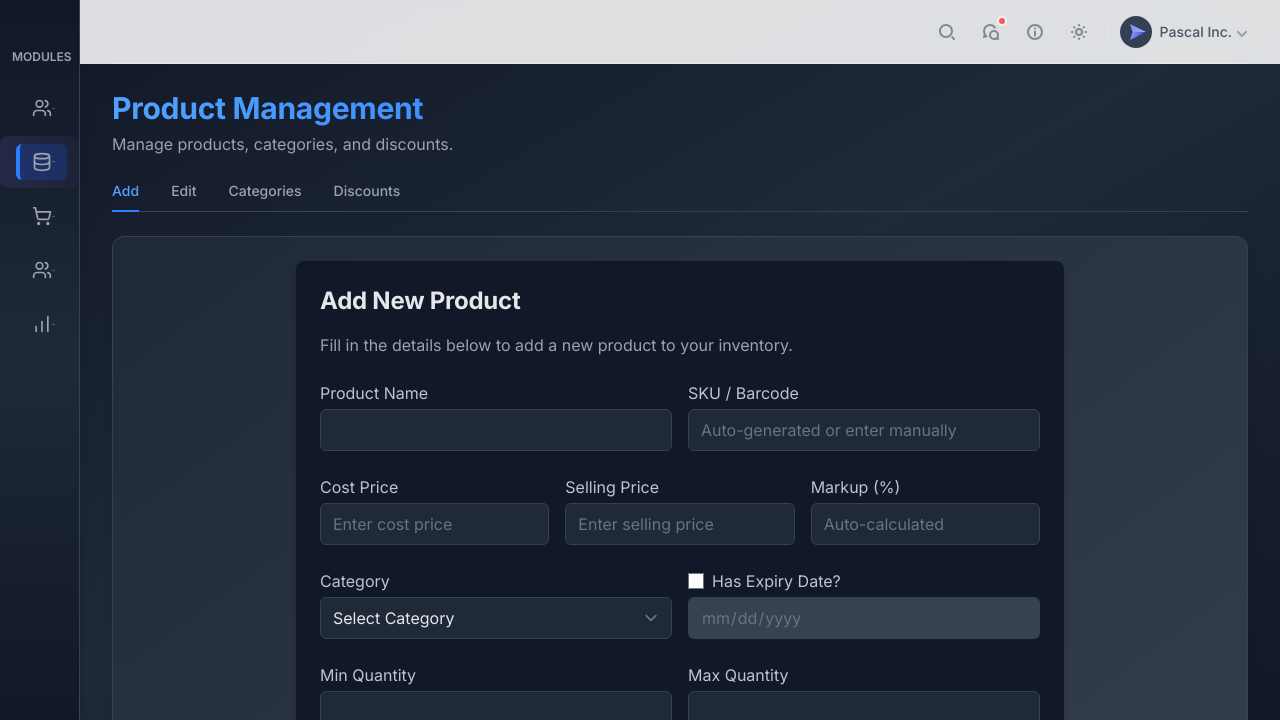
Repository: chykesure/grox-supermarket
Page: /products/add
The author's editor kept a copy of each file at every save. The page is drawn from the files as they stood at one save, then again after the next save.
The browser window is 1280 px wide. The pictures show the whole page.
The page's requests for data from a server got no answer. An inner scrolling area shows only its first screen. The project was rebuilt for these pictures with package versions that can differ from the ones it lists, and the page was loaded fresh each time. Some packages were replaced by stand-ins written for this rebuild. No one was signed in, and anything a server would have sent is missing. Also part of the build but not shown: vite.config.js, src/components/DropdownFilter.jsx, src/lib/utils.ts, src/components/ui/calendar.jsx, src/components/ui/popover.jsx, src/components/Datepicker.jsx, src/pages/pos/Dashboard.jsx, src/pages/Menu.jsx and 62 more.

Above is the page before, as saved 2025-11-09 20:54:29.

### index.html
<!DOCTYPE html>
<html lang="en">
  <head>
    <meta charset="UTF-8" />
    <link rel="icon" type="image/svg+xml" href="/src/favicon.svg" />
    <meta name="viewport" content="width=device-width, initial-scale=1.0" />
    <title>Vite App</title>
    <script>
      if (localStorage.theme === 'dark' || !('theme' in localStorage)) {
        document.querySelector('html').classList.add('dark');
        document.querySelector('html').style.colorScheme = 'dark';
      } else {
        document.querySelector('html').classList.remove('dark');
        document.querySelector('html').style.colorScheme = 'light';
      }
    </script>
  </head>
  <body class="font-inter antialiased bg-gray-100 dark:bg-gray-900 text-gray-600 dark:text-gray-400">
    <noscript>You need to enable JavaScript to run this app.</noscript>
    <script>
        if (localStorage.getItem('sidebar-expanded') == 'true') {
            document.querySelector('body').classList.add('sidebar-expanded');
        } else {
            document.querySelector('body').classList.remove('sidebar-expanded');
        }
    </script>
    <div id="root"></div>
    <script type="module" src="/src/main.jsx"></script>
  </body>
</html>

### src/utils/ThemeContext.jsx
import { createContext, useContext, useState, useEffect } from 'react';

const ThemeContext = createContext({
  currentTheme: 'light',
  changeCurrentTheme: () => {},
});

export default function ThemeProvider({children}) {
  const persistedTheme = localStorage.getItem('theme');
  const [theme, setTheme] = useState(persistedTheme || 'light');

  const changeCurrentTheme = (newTheme) => {
    setTheme(newTheme);
    localStorage.setItem('theme', newTheme);
  };

  useEffect(() => {
    document.documentElement.classList.add('**:transition-none!');
    if (theme === 'light') {
      document.documentElement.classList.remove('dark');
      document.documentElement.style.colorScheme = 'light';
    } else {
      document.documentElement.classList.add('dark');
      document.documentElement.style.colorScheme = 'dark';
    }

    const transitionTimeout = setTimeout(() => {
      document.documentElement.classList.remove('**:transition-none!');
    }, 1);

    return () => clearTimeout(transitionTimeout);
  }, [theme]);

  return <ThemeContext.Provider value={{ currentTheme: theme, changeCurrentTheme }}>{children}</ThemeContext.Provider>;
}

export const useThemeProvider = () => useContext(ThemeContext);

### src/charts/ChartjsConfig.jsx
// Import Chart.js
import { Chart, Tooltip } from 'chart.js';
// Import Tailwind config
import { adjustColorOpacity, getCssVariable } from '../utils/Utils';

Chart.register(Tooltip);

// Define Chart.js default settings
Chart.defaults.font.family = '"Inter", sans-serif';
Chart.defaults.font.weight = 500;
Chart.defaults.plugins.tooltip.borderWidth = 1;
Chart.defaults.plugins.tooltip.displayColors = false;
Chart.defaults.plugins.tooltip.mode = 'nearest';
Chart.defaults.plugins.tooltip.intersect = false;
Chart.defaults.plugins.tooltip.position = 'nearest';
Chart.defaults.plugins.tooltip.caretSize = 0;
Chart.defaults.plugins.tooltip.caretPadding = 20;
Chart.defaults.plugins.tooltip.cornerRadius = 8;
Chart.defaults.plugins.tooltip.padding = 8;

// Function that generates a gradient for line charts
export const chartAreaGradient = (ctx, chartArea, colorStops) => {
  if (!ctx || !chartArea || !colorStops || colorStops.length === 0) {
    return 'transparent';
  }
  const gradient = ctx.createLinearGradient(0, chartArea.bottom, 0, chartArea.top);
  colorStops.forEach(({ stop, color }) => {
    gradient.addColorStop(stop, color);
  });
  return gradient;
};

export const chartColors = {
  textColor: {
    light: getCssVariable('--color-gray-400'),
    dark: getCssVariable('--color-gray-500'),
  },
  gridColor: {
    light: getCssVariable('--color-gray-100'),
    dark: adjustColorOpacity(getCssVariable('--color-gray-700'), 0.6),
  },
  backdropColor: {
    light: getCssVariable('--color-white'),
    dark: getCssVariable('--color-gray-800'),
  },
  tooltipTitleColor: {
    light: getCssVariable('--color-gray-800'),
    dark: getCssVariable('--color-gray-100'),
  },
  tooltipBodyColor : {
    light: getCssVariable('--color-gray-500'),
    dark: getCssVariable('--color-gray-400')
  },
  tooltipBgColor: {
    light: getCssVariable('--color-white'),
    dark: getCssVariable('--color-gray-700'),
  },
  tooltipBorderColor: {
    light: getCssVariable('--color-gray-200'),
    dark: getCssVariable('--color-gray-600'),
  },
};

### src/partials/Banner.jsx
import React, { useState } from 'react';

function Banner() {

  const [bannerOpen, setBannerOpen] = useState(true);
  const query = new URLSearchParams(location.search);
  const template = query.get('template');
  const liteLink =
    template === 'laravel'
      ? 'https://github.com/cruip/laravel-tailwindcss-admin-dashboard-template'
      : 'https://github.com/cruip/tailwind-dashboard-template';

  return (
    <>
    { bannerOpen && (
      <div className="fixed bottom-0 right-0 w-full md:bottom-8 md:right-12 md:w-auto z-50">

      </div>
    )}
    </>
  );
}

export default Banner;

### src/pages/pos/products/AddProduct.jsx
import React, { useState, useEffect } from "react";
import axios from "axios";
import { toast, ToastContainer } from "react-toastify";
import "react-toastify/dist/ReactToastify.css";

function AddProduct() {
  const [product, setProduct] = useState({
    name: "",
    sku: "",
    costPrice: "",
    sellingPrice: "",
    markup: "",
    category: "",
    minQty: "",
    maxQty: "",
    expiryDate: "",
    description: "",
  });

  const [categories, setCategories] = useState([]);
  const [image, setImage] = useState(null);
  const [preview, setPreview] = useState(null);
  const [isSubmitting, setIsSubmitting] = useState(false);
  const [hasExpiry, setHasExpiry] = useState(false); // ✅ checkbox control state

  useEffect(() => {
    axios
      .get("http://localhost:8080/api/categories")
      .then((res) => setCategories(res.data))
      .catch((err) => console.error("Error fetching categories:", err));
  }, []);

  const generateSKU = (name) => {
    if (!name) return "";
    const randomNum = Math.floor(1000 + Math.random() * 9000);
    return `${name.substring(0, 3).toUpperCase()}-${randomNum}`;
  };

  const handleChange = (e) => {
    const { name, value } = e.target;

    setProduct((prev) => {
      const updated = { ...prev, [name]: value };

      const cost = parseFloat(name === "costPrice" ? value : prev.costPrice);
      const selling = parseFloat(name === "sellingPrice" ? value : prev.sellingPrice);

      if (cost > 0 && selling > 0) {
        const markup = ((selling - cost) / cost) * 100;
        updated.markup = markup.toFixed(2);
      } else {
        updated.markup = "";
      }

      if (name === "name" && !prev.sku) {
        updated.sku = generateSKU(value);
      }

      return updated;
    });
  };

  const handleImageChange = (e) => {
    const file = e.target.files[0];
    setImage(file);
    setPreview(URL.createObjectURL(file));
  };

  const handleSubmit = async (e) => {
    e.preventDefault();

    if (
      !product.name ||
      !product.sku ||
      !product.costPrice ||
      !product.sellingPrice ||
      !product.category
    ) {
      toast.error("Please fill all required fields");
      return;
    }

    try {
      setIsSubmitting(true);
      const res = await axios.post(
        "http://localhost:8080/api/products",
        product,
        { headers: { "Content-Type": "application/json" } }
      );

      toast.success(`✅ Product "${res.data.name}" added successfully!`);
      setProduct({
        name: "",
        sku: "",
        costPrice: "",
        sellingPrice: "",
        markup: "",
        category: "",
        minQty: "",
        maxQty: "",
        expiryDate: "",
        description: "",
      });
      setHasExpiry(false); // reset checkbox
    } catch (err) {
      console.error("Error adding product:", err);
      toast.error(err.response?.data?.message || "Error adding product");
    } finally {
      setIsSubmitting(false);
    }
  };

  return (
    <div className="max-w-3xl mx-auto bg-gray-900 p-6 rounded-lg shadow-md text-gray-200">
      <ToastContainer position="top-right" autoClose={3000} />
      <h2 className="text-2xl font-bold mb-4">Add New Product</h2>
      <p className="text-gray-400 mb-6">
        Fill in the details below to add a new product to your inventory.
      </p>

      <form onSubmit={handleSubmit} className="space-y-6">
        {/* Row 1: Name + SKU */}
        <div className="grid grid-cols-1 md:grid-cols-2 gap-4">
          <div>
            <label className="block mb-1 text-gray-300">Product Name</label>
            <input
              type="text"
              name="name"
              value={product.name}
              onChange={handleChange}
              required
              className="w-full px-3 py-2 rounded-md bg-gray-800 border border-gray-700"
            />
          </div>
          <div>
            <label className="block mb-1 text-gray-300">SKU / Barcode</label>
            <input
              type="text"
              name="sku"
              value={product.sku}
              onChange={handleChange}
              placeholder="Auto-generated or enter manually"
              required
              className="w-full px-3 py-2 rounded-md bg-gray-800 border border-gray-700"
            />
          </div>
        </div>

        {/* Row 2: Cost Price + Selling Price + Markup */}
        <div className="grid grid-cols-1 md:grid-cols-3 gap-4">
          <div>
            <label className="block mb-1 text-gray-300">Cost Price</label>
            <input
              type="number"
              name="costPrice"
              value={product.costPrice}
              onChange={handleChange}
              placeholder="Enter cost price"
              required
              className="w-full px-3 py-2 rounded-md bg-gray-800 border border-gray-700"
            />
          </div>

          <div>
            <label className="block mb-1 text-gray-300">Selling Price</label>
            <input
              type="number"
              name="sellingPrice"
              value={product.sellingPrice}
              onChange={handleChange}
              placeholder="Enter selling price"
              required
              className="w-full px-3 py-2 rounded-md bg-gray-800 border border-gray-700"
            />
          </div>

          <div>
            <label className="block mb-1 text-gray-300">Markup (%)</label>
            <input
              type="text"
              name="markup"
              value={product.markup}
              readOnly
              placeholder="Auto-calculated"
              className="w-full px-3 py-2 rounded-md bg-gray-800 border border-gray-700 cursor-not-allowed text-gray-400"
            />
          </div>
        </div>

        {/* Row 3: Category + Expiry Date (optional toggle) */}
        <div className="grid grid-cols-1 md:grid-cols-2 gap-4 items-center">
          <div>
            <label className="block mb-1 text-gray-300">Category</label>
            <select
              name="category"
              value={product.category}
              onChange={handleChange}
              required
              className="w-full px-3 py-2 rounded-md bg-gray-800 border border-gray-700"
            >
              <option value="">Select Category</option>
              {categories.map((cat) => (
                <option key={cat._id} value={cat._id}>
                  {cat.name}
                </option>
              ))}
            </select>
          </div>

          <div>
            <label className="block mb-1 text-gray-300 flex items-center gap-2">
              <input
                type="checkbox"
                checked={hasExpiry}
                onChange={(e) => {
                  setHasExpiry(e.target.checked);
                  if (!e.target.checked) {
                    setProduct((prev) => ({ ...prev, expiryDate: "" }));
                  }
                }}
              />
              Has Expiry Date?
            </label>
            <input
              type="date"
              name="expiryDate"
              value={product.expiryDate}
              onChange={handleChange}
              disabled={!hasExpiry}
              className={`w-full px-3 py-2 rounded-md border border-gray-700 ${hasExpiry ? "bg-gray-800 text-gray-200" : "bg-gray-700 text-gray-500 cursor-not-allowed"
                }`}
            />
          </div>
        </div>

        {/* Row 4: Min/Max Qty */}
        <div className="grid grid-cols-1 md:grid-cols-2 gap-4">
          <div>
            <label className="block mb-1 text-gray-300">Min Quantity</label>
            <input
              type="number"
              name="minQty"
              value={product.minQty}
              onChange={handleChange}
              required
              className="w-full px-3 py-2 rounded-md bg-gray-800 border border-gray-700"
            />
          </div>
          <div>
            <label className="block mb-1 text-gray-300">Max Quantity</label>
            <input
              type="number"
              name="maxQty"
              value={product.maxQty}
              onChange={handleChange}
              required
              className="w-full px-3 py-2 rounded-md bg-gray-800 border border-gray-700"
            />
          </div>
        </div>

        {/* Description */}
        <div>
          <label className="block mb-1 text-gray-300">Description</label>
          <textarea
            name="description"
            value={product.description}
            onChange={handleChange}
            className="w-full px-3 py-2 rounded-md bg-gray-800 border border-gray-700"
            placeholder="Enter product description"
          />
        </div>

        {/* Image Upload */}
        <div>
          <label className="block mb-1 text-gray-300">Product Image</label>
          <input type="file" accept="image/*" onChange={handleImageChange} />
          {preview && (
            <img
              src={preview}
              alt="Preview"
              className="mt-2 w-32 h-32 object-cover rounded-md border border-gray-700"
            />
          )}
        </div>

        <div className="pt-4">
          <button
            type="submit"
            disabled={isSubmitting}
            className={`w-full md:w-auto px-6 py-2 rounded-md text-white transition ${isSubmitting
              ? "bg-gray-600 cursor-not-allowed"
              : "bg-blue-600 hover:bg-blue-500"
              }`}
          >
            {isSubmitting ? "Adding Product..." : "Add Product"}
          </button>
        </div>
      </form>
    </div>
  );
}

export default AddProduct;

### src/partials/SidebarLinkGroup.jsx
import React, { useState } from 'react';

function SidebarLinkGroup({
  children,
  activecondition,
}) {

  const [open, setOpen] = useState(activecondition);

  const handleClick = () => {
    setOpen(!open);
  }

  return (
    <li className={`pl-4 pr-3 py-2 rounded-lg mb-0.5 last:mb-0 bg-linear-to-r ${activecondition && 'from-violet-500/[0.12] dark:from-violet-500/[0.24] to-violet-500/[0.04]'}`}>
      {children(handleClick, open)}
    </li>
  );
}

export default SidebarLinkGroup;

### src/components/ThemeToggle.jsx
import React from "react";
import { useThemeProvider } from "../utils/ThemeContext";

export default function ThemeToggle() {
  const { currentTheme, changeCurrentTheme } = useThemeProvider();

  return (
    <div>
      <input
        type="checkbox"
        name="light-switch"
        id="light-switch"
        className="light-switch sr-only"
        checked={currentTheme === "light"}
        onChange={() => changeCurrentTheme(currentTheme === "light" ? "dark" : "light")}
      />
      <label
        className="flex items-center justify-center cursor-pointer w-8 h-8 hover:bg-gray-100 lg:hover:bg-gray-200 dark:hover:bg-gray-700/50 dark:lg:hover:bg-gray-800 rounded-full"
        htmlFor="light-switch"
      >
        <svg
          className="dark:hidden fill-current text-gray-500/80 dark:text-gray-400/80"
          width={16}
          height={16}
          viewBox="0 0 16 16"
          xmlns="http://www.w3.org/2000/svg"
        >
          <path d="M8 0a1 1 0 0 1 1 1v.5a1 1 0 1 1-2 0V1a1 1 0 0 1 1-1Z" />
          <path d="M12 8a4 4 0 1 1-8 0 4 4 0 0 1 8 0Zm-4 2a2 2 0 1 0 0-4 2 2 0 0 0 0 4Z" />
          <path d="M13.657 3.757a1 1 0 0 0-1.414-1.414l-.354.354a1 1 0 0 0 1.414 1.414l.354-.354ZM13.5 8a1 1 0 0 1 1-1h.5a1 1 0 1 1 0 2h-.5a1 1 0 0 1-1-1ZM13.303 11.889a1 1 0 0 0-1.414 1.414l.354.354a1 1 0 0 0 1.414-1.414l-.354-.354ZM8 13.5a1 1 0 0 1 1 1v.5a1 1 0 1 1-2 0v-.5a1 1 0 0 1 1-1ZM4.111 13.303a1 1 0 1 0-1.414-1.414l-.354.354a1 1 0 1 0 1.414 1.414l.354-.354ZM0 8a1 1 0 0 1 1-1h.5a1 1 0 0 1 0 2H1a1 1 0 0 1-1-1ZM3.757 2.343a1 1 0 1 0-1.414 1.414l.354.354A1 1 0 1 0 4.11 2.697l-.354-.354Z" />
        </svg>
        <svg
          className="hidden dark:block fill-current text-gray-500/80 dark:text-gray-400/80"
          width={16}
          height={16}
          viewBox="0 0 16 16"
          xmlns="http://www.w3.org/2000/svg"
        >
          <path d="M11.875 4.375a.625.625 0 1 0 1.25 0c.001-.69.56-1.249 1.25-1.25a.625.625 0 1 0 0-1.25 1.252 1.252 0 0 1-1.25-1.25.625.625 0 1 0-1.25 0 1.252 1.252 0 0 1-1.25 1.25.625.625 0 1 0 0 1.25c.69.001 1.249.56 1.25 1.25Z" />
          <path d="M7.019 1.985a1.55 1.55 0 0 0-.483-1.36 1.44 1.44 0 0 0-1.53-.277C2.056 1.553 0 4.5 0 7.9 0 12.352 3.648 16 8.1 16c3.407 0 6.246-2.058 7.51-4.963a1.446 1.446 0 0 0-.25-1.55 1.554 1.554 0 0 0-1.372-.502c-4.01.552-7.539-2.987-6.97-7ZM2 7.9C2 5.64 3.193 3.664 4.961 2.6 4.82 7.245 8.72 11.158 13.36 11.04 12.265 12.822 10.341 14 8.1 14 4.752 14 2 11.248 2 7.9Z" />
        </svg>
        <span className="sr-only">Switch to light / dark version</span>
      </label>
    </div>
  );
}

Loaded but not shown: src/main.jsx (common file); src/utils/Utils.js (63 lines, source omitted); src/components/ModalSearch.jsx (260 lines, source omitted); src/partials/Sidebar.jsx (284 lines, source omitted); src/components/DropdownNotifications.jsx (112 lines, source omitted); src/App.jsx (125 lines, source omitted); src/components/DropdownHelp.jsx (121 lines, source omitted); src/css/style.css (138 lines, source omitted); src/components/DropdownProfile.jsx (100 lines, source omitted); src/partials/Header.jsx (79 lines, source omitted); src/utils/Transition.jsx (116 lines, source omitted); src/pages/pos/products/ProductsMgt.jsx (101 lines, source omitted); src/css/additional-styles/utility-patterns.css (142 lines, source omitted)

After the next save:
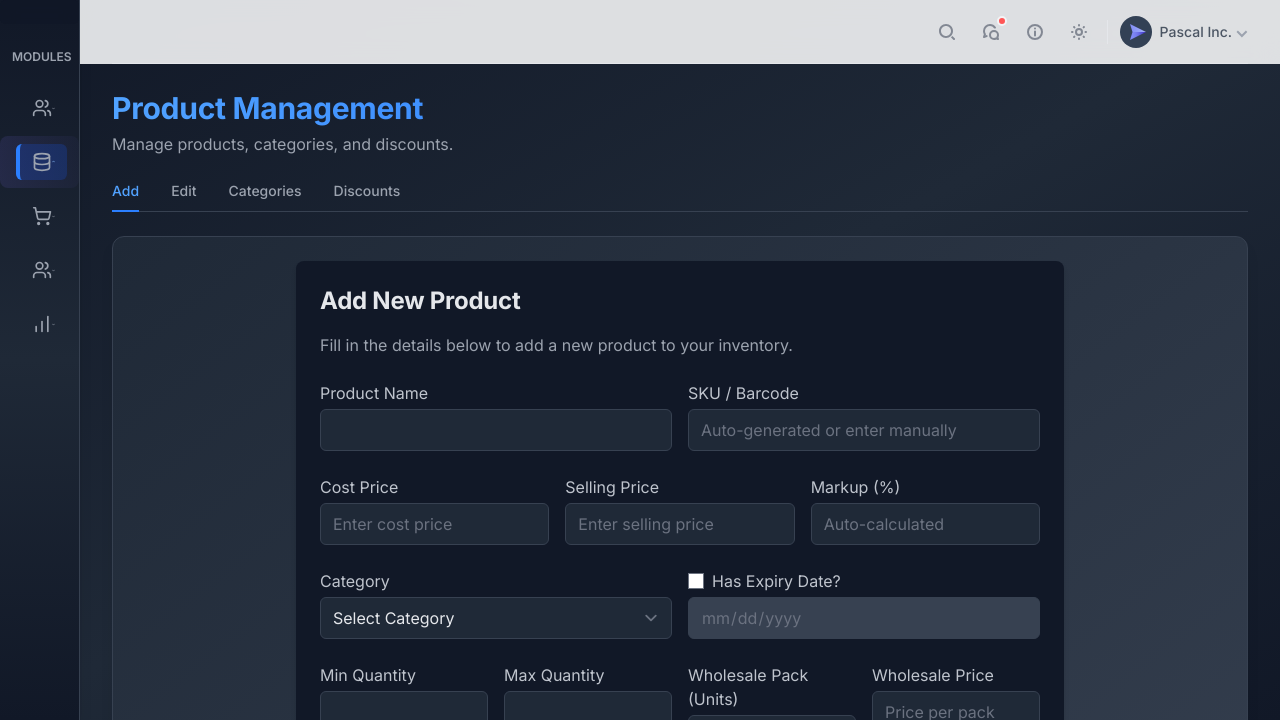
Saved 2 days later.
--- a/src/pages/pos/products/AddProduct.jsx
+++ b/src/pages/pos/products/AddProduct.jsx
@@ -15,13 +15,16 @@ function AddProduct() {
     maxQty: "",
     expiryDate: "",
     description: "",
+    // --- New wholesale fields ---
+    wholesalePrice: "",
+    wholesalePack: "",
   });
 
   const [categories, setCategories] = useState([]);
   const [image, setImage] = useState(null);
   const [preview, setPreview] = useState(null);
   const [isSubmitting, setIsSubmitting] = useState(false);
-  const [hasExpiry, setHasExpiry] = useState(false); // ✅ checkbox control state
+  const [hasExpiry, setHasExpiry] = useState(false);
 
   useEffect(() => {
     axios
@@ -82,10 +85,20 @@ function AddProduct() {
 
     try {
       setIsSubmitting(true);
+
+      // Use FormData to send image if needed
+      const formData = new FormData();
+      Object.keys(product).forEach((key) => {
+        formData.append(key, product[key]);
+      });
+      if (image) {
+        formData.append("image", image);
+      }
+
       const res = await axios.post(
         "http://localhost:8080/api/products",
-        product,
-        { headers: { "Content-Type": "application/json" } }
+        formData,
+        { headers: { "Content-Type": "multipart/form-data" } }
       );
 
       toast.success(`✅ Product "${res.data.name}" added successfully!`);
@@ -100,8 +113,12 @@ function AddProduct() {
         maxQty: "",
         expiryDate: "",
         description: "",
+        wholesalePrice: "",
+        wholesalePack: "",
       });
-      setHasExpiry(false); // reset checkbox
+      setHasExpiry(false);
+      setImage(null);
+      setPreview(null);
     } catch (err) {
       console.error("Error adding product:", err);
       toast.error(err.response?.data?.message || "Error adding product");
@@ -146,7 +163,7 @@ function AddProduct() {
           </div>
         </div>
 
-        {/* Row 2: Cost Price + Selling Price + Markup */}
+        {/* Row 2: Cost + Selling + Markup */}
         <div className="grid grid-cols-1 md:grid-cols-3 gap-4">
           <div>
             <label className="block mb-1 text-gray-300">Cost Price</label>
@@ -187,7 +204,7 @@ function AddProduct() {
           </div>
         </div>
 
-        {/* Row 3: Category + Expiry Date (optional toggle) */}
+        {/* Row 3: Category + Expiry */}
         <div className="grid grid-cols-1 md:grid-cols-2 gap-4 items-center">
           <div>
             <label className="block mb-1 text-gray-300">Category</label>
@@ -227,14 +244,17 @@ function AddProduct() {
               value={product.expiryDate}
               onChange={handleChange}
               disabled={!hasExpiry}
-              className={`w-full px-3 py-2 rounded-md border border-gray-700 ${hasExpiry ? "bg-gray-800 text-gray-200" : "bg-gray-700 text-gray-500 cursor-not-allowed"
-                }`}
-            />
-          </div>
-        </div>
-
-        {/* Row 4: Min/Max Qty */}
-        <div className="grid grid-cols-1 md:grid-cols-2 gap-4">
+              className={`w-full px-3 py-2 rounded-md border border-gray-700 ${
+                hasExpiry
+                  ? "bg-gray-800 text-gray-200"
+                  : "bg-gray-700 text-gray-500 cursor-not-allowed"
+              }`}
+            />
+          </div>
+        </div>
+
+        {/* Row 4: Min/Max Qty + Wholesale */}
+        <div className="grid grid-cols-1 md:grid-cols-4 gap-4">
           <div>
             <label className="block mb-1 text-gray-300">Min Quantity</label>
             <input
@@ -254,6 +274,28 @@ function AddProduct() {
               value={product.maxQty}
               onChange={handleChange}
               required
+              className="w-full px-3 py-2 rounded-md bg-gray-800 border border-gray-700"
+            />
+          </div>
+          <div>
+            <label className="block mb-1 text-gray-300">Wholesale Pack (Units)</label>
+            <input
+              type="number"
+              name="wholesalePack"
+              value={product.wholesalePack}
+              onChange={handleChange}
+              placeholder="Enter units per pack"
+              className="w-full px-3 py-2 rounded-md bg-gray-800 border border-gray-700"
+            />
+          </div>
+          <div>
+            <label className="block mb-1 text-gray-300">Wholesale Price</label>
+            <input
+              type="number"
+              name="wholesalePrice"
+              value={product.wholesalePrice}
+              onChange={handleChange}
+              placeholder="Price per pack"
               className="w-full px-3 py-2 rounded-md bg-gray-800 border border-gray-700"
             />
           </div>
@@ -288,10 +330,11 @@ function AddProduct() {
           <button
             type="submit"
             disabled={isSubmitting}
-            className={`w-full md:w-auto px-6 py-2 rounded-md text-white transition ${isSubmitting
-              ? "bg-gray-600 cursor-not-allowed"
-              : "bg-blue-600 hover:bg-blue-500"
-              }`}
+            className={`w-full md:w-auto px-6 py-2 rounded-md text-white transition ${
+              isSubmitting
+                ? "bg-gray-600 cursor-not-allowed"
+                : "bg-blue-600 hover:bg-blue-500"
+            }`}
           >
             {isSubmitting ? "Adding Product..." : "Add Product"}
           </button>
